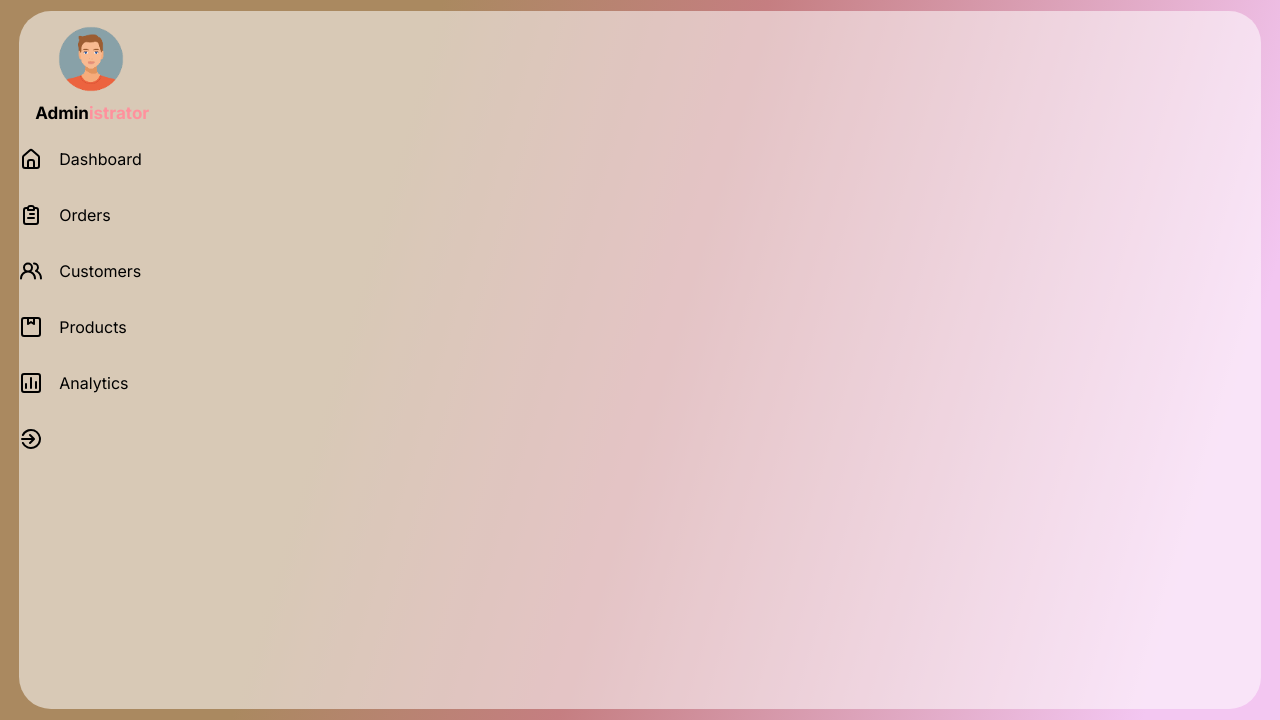
Repository: Zeeohn/react-admin-dash1
Page: /
These files come from the project's save history. The page is drawn as it stood at one moment and after the next save; the edit follows.
The browser window is 1280 px wide. The pictures show the whole page.
The project was rebuilt for these pictures with package versions that can differ from the ones it lists, and the page was loaded fresh each time.

Above is the page before, as saved 2022-05-20 12:43:12.

After the next save:
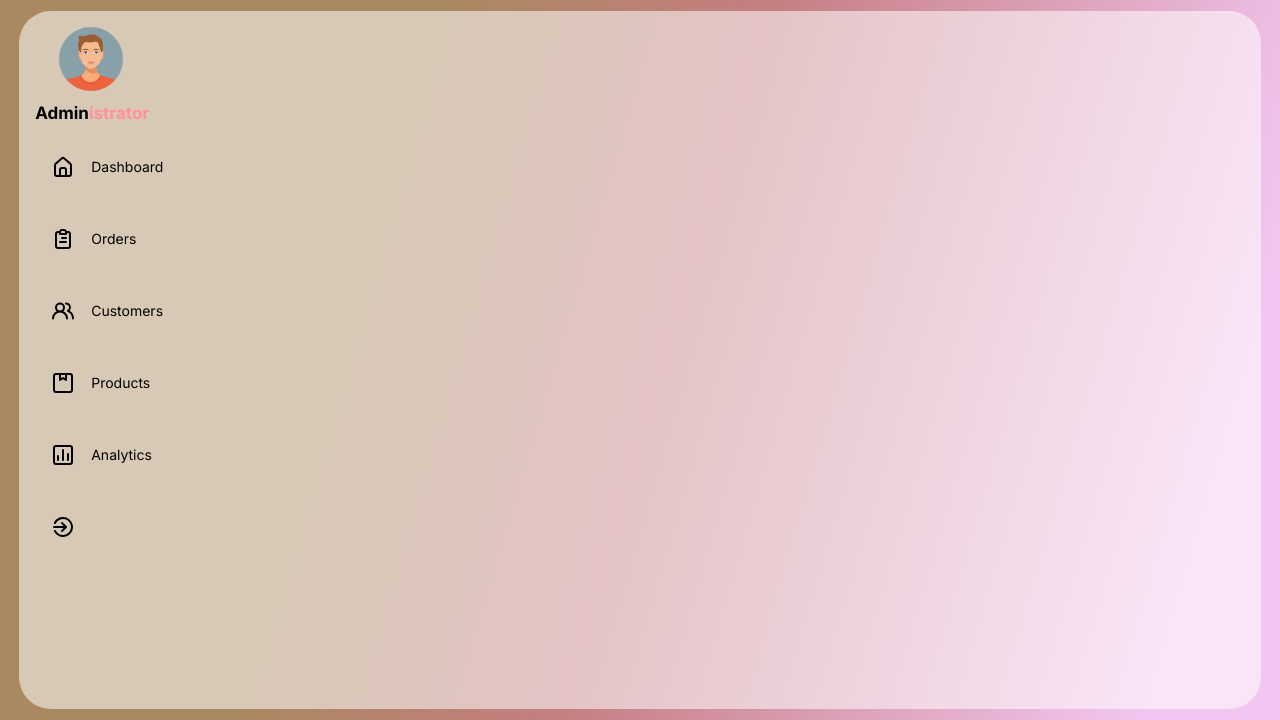
Saved 3 min 11 s later.
--- a/src/components/sidebar/Sidebar.css
+++ b/src/components/sidebar/Sidebar.css
@@ -40,4 +40,13 @@
   display: flex;
   align-items: center;
   gap: 1rem;
+  height: 2.5rem;
+  margin-left: 2rem;
+  position: relative;
+  transition: all 300ms ease;
+  font-size: 14px;
 }
+
+.menuItem:hover {
+  cursor: pointer;
+}
